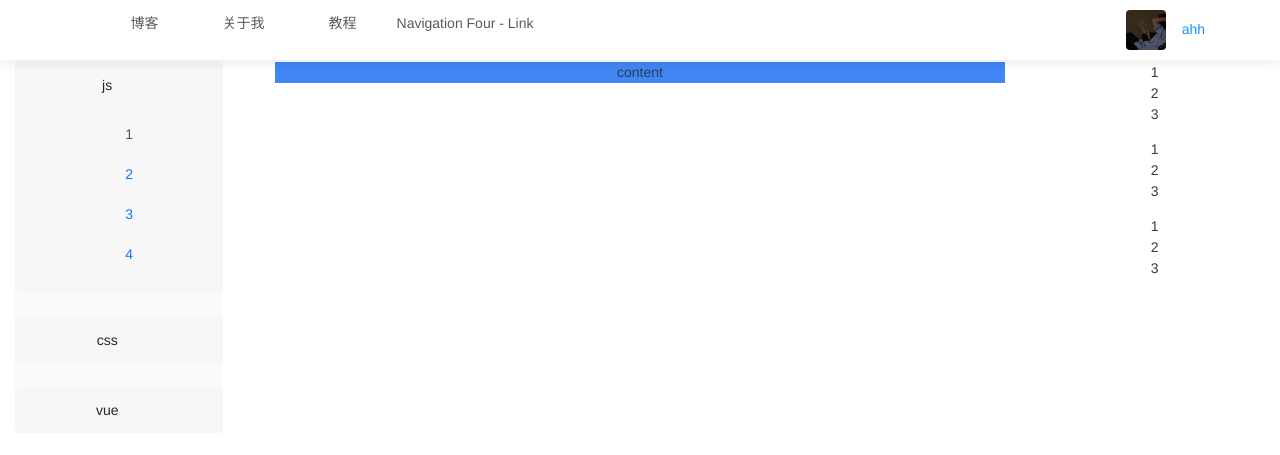
Repository: GitDjAr/blog
Page: /notes (app in myblog/)
The author's editor kept a copy of each file at every save. The page is drawn from the files as they stood at one save, then again after the next save.
The browser window is 1280 px wide. The pictures show the whole page.
The project was rebuilt for these pictures with package versions that can differ from the ones it lists, and the page was loaded fresh each time. Also part of the build but not shown: myblog/webpack.config.js, myblog/src/views/footer/footer.vue. Imported but missing from the stored project, and not drawn on this page: myblog/src/store/getters, myblog/src/views/about/about.

Above is the page before, as saved 2020-12-27 19:58:39.

### myblog/src/main.js
import Vue from 'vue'
import App from './App.vue'
import router from './router/index'
import store from './store/index'
import 'ant-design-vue/dist/antd.css'; // or 'ant-design-vue/dist/antd.less'


import Antd from 'ant-design-vue';
Vue.use(Antd);
new Vue({
  el: '#app',
  router,
  store,
  render: h => h(App)
})

### myblog/src/App.vue
<template>
  <div id="app">
    <headers></headers>
    <div class="conten">
      <transition enter-class='myenter-class'>
        <router-view/>
      </transition>
    </div>
    <footers
    v-if="this.$route.meta.foter"></footers>
  </div>
</template>

<script>
import headers from 'v/header/header'
import footers from 'v/footer/footer'
export default {
  components:{
    headers,
    footers
  },
  name: 'app',
  data () {
    return {
    }
  }
}
</script>

<style lang="scss">
#app {
  font-family: 'Avenir', Helvetica, Arial, sans-serif;
  -webkit-font-smoothing: antialiased;
  -moz-osx-font-smoothing: grayscale;
  text-align: center;
  color: #2c3e50;
  .conten{
    padding: 0 15px;
    margin: 0 15px;
    overflow: hidden;
    max-width: 2000px;
    margin: auto;
    padding-top: 62px;
  }
  .myenter-class{
	-webkit-animation: fade-in-left 0.6s cubic-bezier(0.390, 0.575, 0.565, 1.000) both;
	        animation: fade-in-left 0.6s cubic-bezier(0.390, 0.575, 0.565, 1.000) both;
  }
@-webkit-keyframes fade-in-left {
  0% {
    -webkit-transform: translateX(-50px);
            transform: translateX(-50px);
    opacity: 0;
  }
  100% {
    -webkit-transform: translateX(0);
            transform: translateX(0);
    opacity: 1;
  }
}
@keyframes fade-in-left {
  0% {
    -webkit-transform: translateX(-50px);
            transform: translateX(-50px);
    opacity: 0;
  }
  100% {
    -webkit-transform: translateX(0);
            transform: translateX(0);
    opacity: 1;
  }
}

}

</style>

### myblog/src/router/index.js
import Vue from 'vue'
import Router from 'vue-router'
Vue.use(Router)

// 暴露router
const router = new Router({
  mode:'history',
  routes:[
    {
      path:'/',
      redirect:'/index',
    },
    {
      path:'/index',
      meat:{title:'hello,欢迎来到我博客',foter:false},
      name:'index',
      component:()=>import('@/views/index')
    },
    {
      path:'/about',
      meat:{title:'关于我',foter:true},
      name:'about',
      component:()=>import('@/views/about/about')
    },
    {
      path:'/notes',
      meat:{title:'笔记',foter:true},
      name:'notes',
      component:()=>import('@/views/notes/notes')
    }
  ]
})

export default router

### myblog/src/store/index.js
import Vue from 'vue'
import Vuex from 'vuex'
import {getters} from './getters'

Vue.use(Vuex)

const store = new Vuex.Store({
  state:{
    Switch_:localStorage.getItem('state')  //dattiem or nightime
  },
  modules:{
    Switch_(state,status){
      // localStorage.setItem(state) = status
    }
  },
getters
})

export default store

### myblog/src/views/header/header.vue
<!--  -->
<template>
<div class="header-x">
  <a-row align='middle' type='flex' justify='space-between'>
    <a-col
    :lg="{span:'12'}"
    span='2'
    class="ul_flat"
    >
      <a-menu v-model="current" mode="horizontal"
      @click='titleClick '>
        <a-menu-item key="index"> <a-icon type="mail" />博客</a-menu-item>
        <a-menu-item key="about"> <a-icon type="mail" />关于我</a-menu-item>
        <a-sub-menu>
          <span slot="title" class="submenu-title-wrapper"
            ><a-icon type="setting" />教程</span
          >
          <a-menu-item-group title="Item 1">
            <a-menu-item key="notes">
              笔记
            </a-menu-item>
            <a-menu-item key="setting:2">
              Option 2
            </a-menu-item>
          </a-menu-item-group>
          <a-menu-item-group title="Item 2">
            <a-menu-item key="setting:3">
              Option 3
            </a-menu-item>
            <a-menu-item key="setting:4">
              Option 4
            </a-menu-item>
          </a-menu-item-group>
        </a-sub-menu>
        <a-menu-item key="alipay">
          <a href="https://antdv.com" target="_blank" rel="noopener noreferrer"
            >Navigation Four - Link</a
          >
        </a-menu-item>
      </a-menu>
    </a-col>

    <a-col lg='6' :span="4"  >
        <a-icon type="fullscreen"
          @click="阿"
          v-if="isicon"/>
      <a-avatar shape="square" :src='userimg' :size="40" icon="user" />
      <a-button type="link">
      {{name}}
      </a-button>
    </a-col>
  </a-row>
</div>
</template>

<script>
import userimg from '@/assets/image/1.jpg'
export default {

  components: {

},
  data () {
    return {
      userimg:userimg,
      name:'ahh',
      isicon:'',
      current: ['mail'],
    };
  },

  filters: {

},

  watch: {
},

  computed: {
},

  methods: {
    titleClick (e){
      this.$router.push({
        path:e.key
      })
    },

},

  mounted(){
    window.addEventListener('resize',this.bodysize,false)
},
}

</script>
<style scoped lang='scss'>
.header-x{
  position: fixed;
  z-index: 100;
  box-shadow: 0 2px 12px 0 rgba(0, 0, 0, 0.1);
  height: 60px;
  width: 100%;
  .ant-menu-root {
    border:none
  }
  .ant-menu-horizontal{
    box-sizing: border-box;
    border:none
    .ant-menu-item{
      line-height: 60px;
      height: 60px;
    }
    height: 60px;
  }
}
</style>

### myblog/src/views/notes/notes.vue
<!--  -->
<template>
  <div>
    <a-row>
      <a-col :span='0' :lg="{span:'5'}" :xl="{span:'4'}">
        <div>
          <a-collapse default-active-key="1" :bordered="false"
          expand-icon-position='right'>
            <template #expandIcon="props">
              <a-icon type="caret-right" :rotate="props.isActive ? 90 : 0" />
            </template>
            <a-collapse-panel key="1" header="js" :style="customStyle">
              <router-link tag='div' v-for="(item, index) in 4"
              class="nav_list"
              :to="{path:'/'+`notes/${item.Classification}`,query}"
              :key="index"
              :class="isshow==index?'':'is_check'"
              >{{item}}</router-link>
            </a-collapse-panel>
            <a-collapse-panel key="2" header="css" :style="customStyle">
              <p>{{ text }}</p>
            </a-collapse-panel>
            <a-collapse-panel key="3" header="vue" :style="customStyle">
              <p>{{ text }}</p>
            </a-collapse-panel>
          </a-collapse>
        </div>
      </a-col>
      <a-col :span='24' :lg='{span:"10",offset:"1"}' :xl='{span:"14",offset:"1"}'>
        <div class="notes-box">
          content
        </div>
      </a-col>
      <a-col :span='0' :lg="{span:'6',offset:'1'}" :xl='{span:"3",offset:"1"}'>
        <div class="menu-notes">
          <ul class="menu-notes-ul" v-for="(itme, index) in 3" :key="index">
            <li class="menu-notes-li" v-for="(it2, idx2) in 3" :key="idx2">{{it2}}</li>
          </ul>
        </div>
      </a-col>
    </a-row>
  </div>
</template>

<script>
export default {
  data () {
    return {
      isshow:'0',
      text: `A dog is a type of domesticated animal.Known for its loyalty and faithfulness,it can be found as a welcome guest in many households across the world.`,
      customStyle:
        'background: #f7f7f7;border-radius: 4px;margin-bottom: 24px;border: 0;overflow: hidden',
    };
  },
  mounted(){

},

  methods: {

}
}

</script>
<style scoped lang='scss'>
.nav_list{
  margin: 5px 10px;
  width: 100%;
  height: 35px;
  line-height: 35px;
}
.nav_list:hover{
  background: rgb(242, 242, 242);
}
.is_check{
  color: rgb(15, 117, 253);
}
.notes-box{
  background: #4186f4;
}
.menu-notes{
  .menu-notes-ul{
    list-style: none;

  }
}
</style>

After the next save:
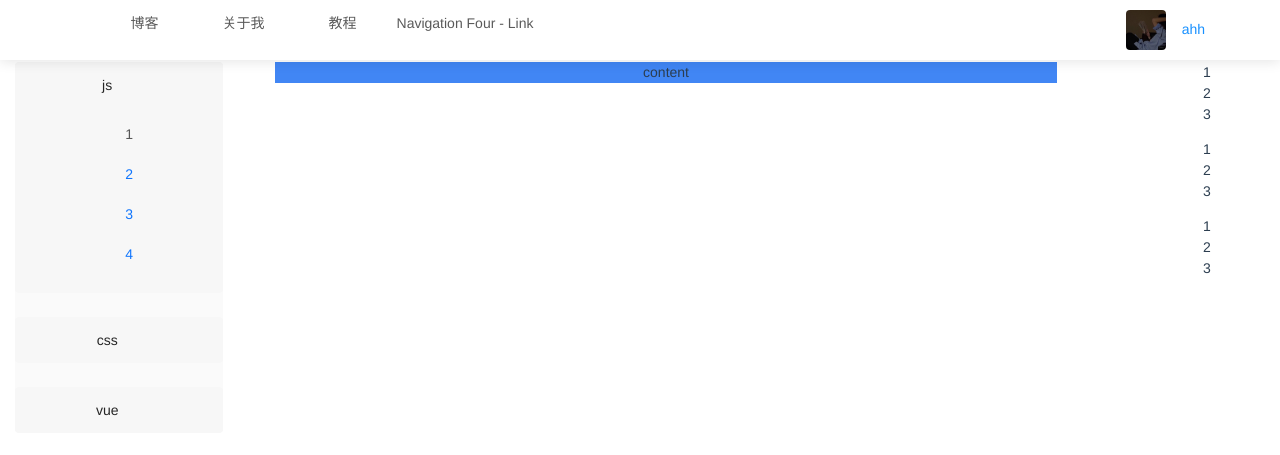
Saved 107 s later.
--- a/myblog/src/views/notes/notes.vue
+++ b/myblog/src/views/notes/notes.vue
@@ -26,7 +26,7 @@
           </a-collapse>
         </div>
       </a-col>
-      <a-col :span='24' :lg='{span:"10",offset:"1"}' :xl='{span:"14",offset:"1"}'>
+      <a-col :span='24' :lg='{span:"10",offset:"1"}' :xl='{span:"15",offset:"1"}'>
         <div class="notes-box">
           content
         </div>
